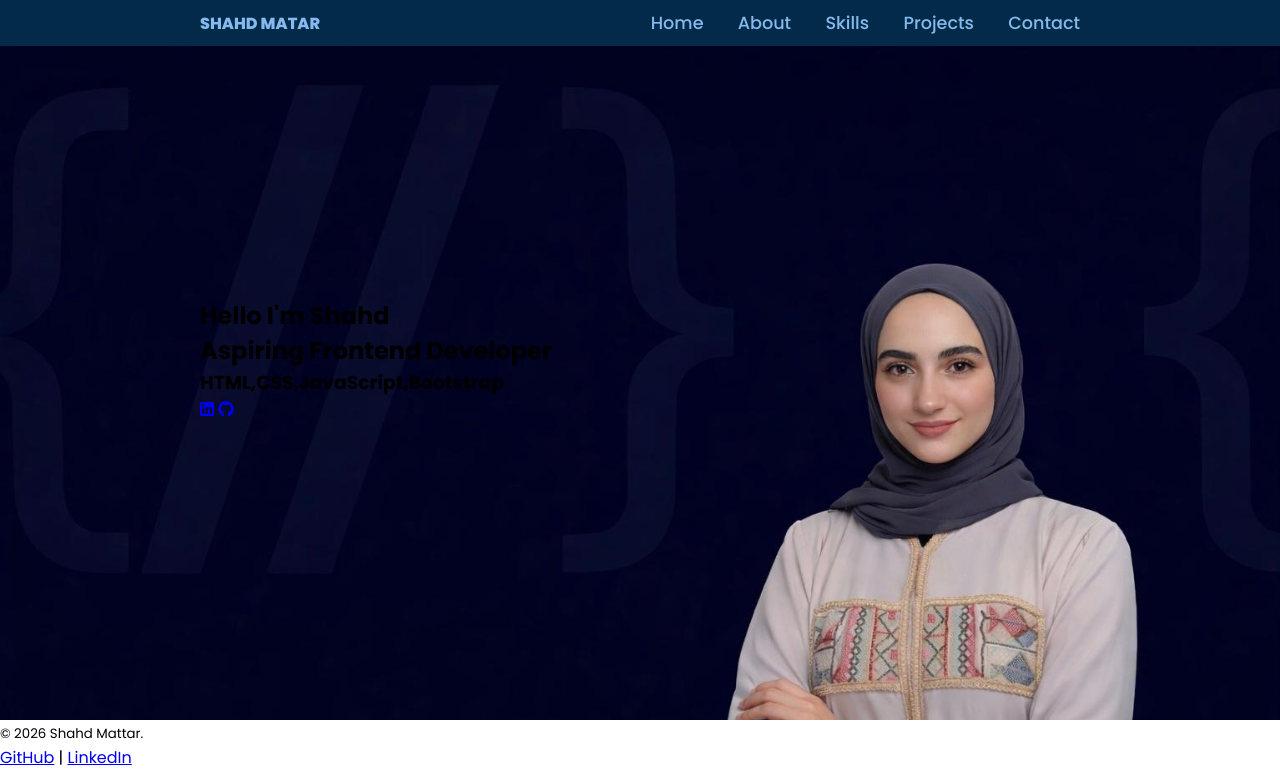
Repository: shahdmattar/personal-landing-page
Page: index.html
The author's editor kept a copy of each file at every save. The page is drawn from the files as they stood at one save, then again after the next save.
The browser window is 1280 px wide. The pictures show the whole page.
Backgrounds fixed to the window are drawn as part of the page.

Above is the page before, as saved 2026-04-15 10:47:25.

### index.html
<!doctype html>
<html lang="en">
  <head>
    <meta charset="UTF-8" />
    <meta name="viewport" content="width=device-width, initial-scale=1.0" />
    <title>Shahd Matar | Personal Landing Page</title>
    <meta
      name="description"
      content="Personal landing page of Shahd Matar, Computer Engineering student and frontend learner."
    />
    <link
      rel="stylesheet"
      href="https://cdnjs.cloudflare.com/ajax/libs/font-awesome/6.0.0/css/all.min.css"
    />
    <link rel="stylesheet" href="style.css" />
    <!-- <link rel="stylesheet" href="test.css"> -->
  </head>

  <body>
    <header>
      <a href="#" class="logo">Shahd Matar</a>
      <nav class="navgation">
        <a href="#hero">Home</a>
        <a href="#about">About</a>
        <a href="#skills">Skills</a>
        <a href="#projects">Projects</a>
        <a href="#contact">Contact</a>
      </nav>
    </header>


      <section class="main">
        <div>
          <h2>Hello I'm Shahd<br> <span>Aspiring Frontend Developer</span></h2>
          <h3>HTML,CSS,JavaScript,Bootstrap</h3>
          <div class="social-icons">
            <a href="https://www.linkedin.com/in/shahd-matar-957608368"><i class="fab fa-linkedin"></i></a>
            <a href="https://github.com/shahdmattar"><i class="fab fa-github"></i></a>
          </div>
        </div>
      </section>


    <!-- Footer -->
    <footer>
      <p><small> &copy; 2026 Shahd Mattar.</small></p>
      <p>
        <a
          href="https://github.com/shahdmattar"
          target="_blank"
          rel="noopener noreferrer"
          >GitHub</a
        >
        |
        <a
          href="https://www.linkedin.com/in/shahd-matar-957608368"
          target="_blank"
          rel="noopener noreferrer"
          >LinkedIn</a
        >
      </p>
    </footer>
  </body>
</html>

### style.css
@import url('https://fonts.googleapis.com/css2?family=Dancing+Script:wght@400..700&family=Poppins:ital,wght@0,100;0,200;0,300;0,400;0,500;0,600;0,700;0,800;0,900;1,100;1,200;1,300;1,400;1,500;1,600;1,700;1,800;1,900&display=swap');

* {
  font-family:"Poppins", sans-serif;
  margin: 0;
  padding: 0;
  box-sizing: border-box;
  scroll-behavior:smooth;
}

header{
  width:100%;
  background-color:rgba(5, 44, 75, 0.96);
  position:fixed;
  display:flex;
  justify-content: space-between;
  align-items:center;
  z-index: 999;
  padding:10px 200px;
}

.logo{
  text-decoration:none;
  text-transform:uppercase;
  color:#86b9ed;
  font-size:2rm;
  font-weight:800;
}

.navgation a{
  color:#86b9ed;
  text-decoration:none;
  font-size:1.1rem;
  font-weight:500;
  padding-left:30px;
}

.navgation a:hover{
  color:#a2bbd3;
  font-size:1.15rem;
  /* font-weight:600; */
}

section{
   padding:200px 200px;
}
.main{
  width:100%;
  min-height:100vh;
  display:flex;
  align-items:center;
  background:url(images/back.jpeg);
  background-repeat:no-repeat;
  background-size:cover;
  /* background-position:center; */
  background-attachment: fixed;
}

.main h2{

}

After the next save:
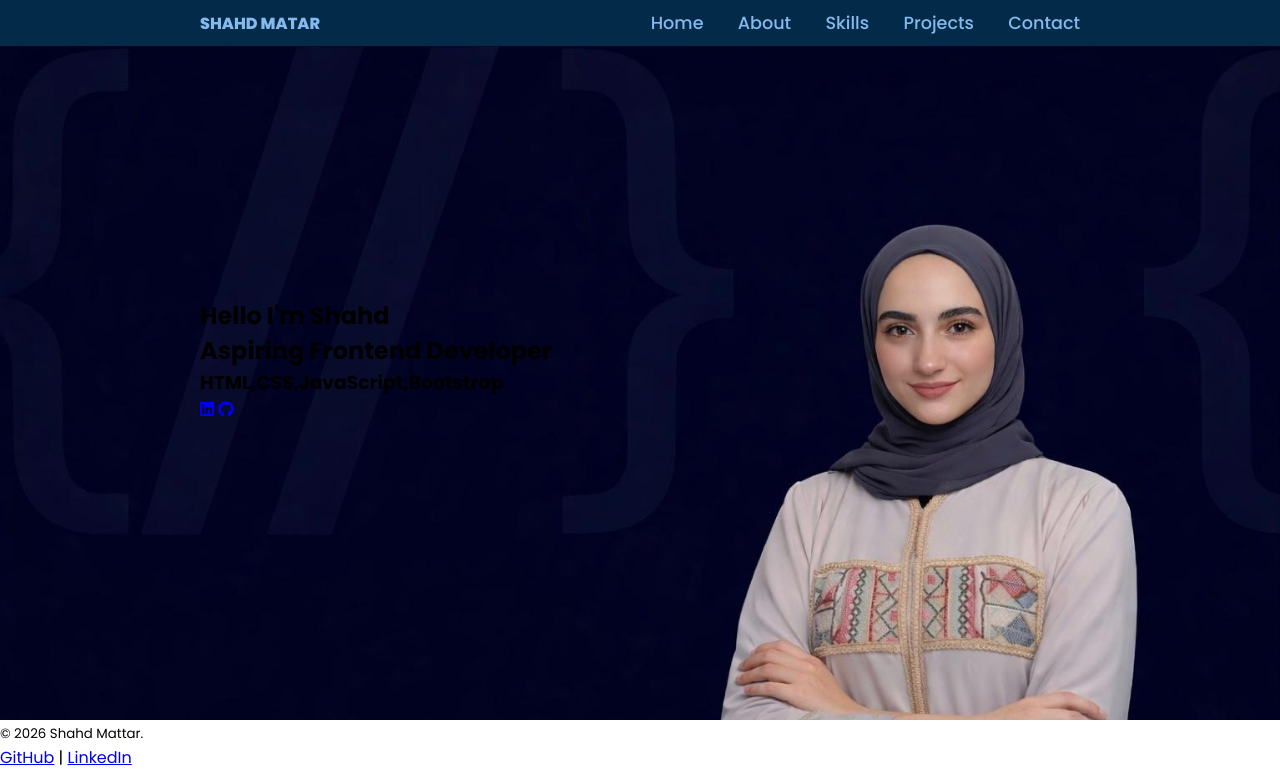
Saved 35 s later.
--- a/style.css
+++ b/style.css
@@ -52,7 +52,7 @@ section{
   background:url(images/back.jpeg);
   background-repeat:no-repeat;
   background-size:cover;
-  /* background-position:center; */
+  background-position:center;
   background-attachment: fixed;
 }
 
